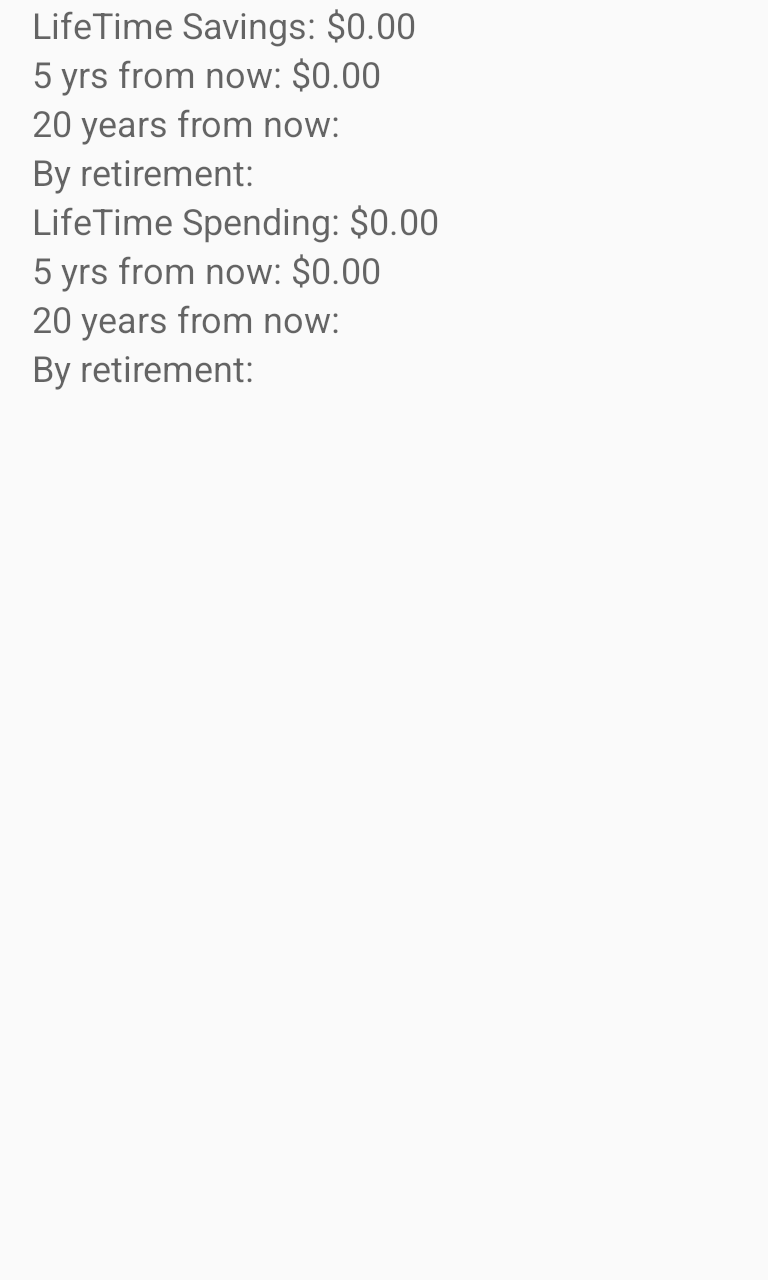
Repository: aallev11/saveit
Layout: ShouldISaveIt/res/layout/activity_lifetime_savings.xml
An editor plug-in stored every save of this project. The layout is shown before and after the next save, followed by the edit.
It is drawn on a 768 x 1280 px phone screen (xhdpi) without system bars, with theme AppTheme; the app's code is not run.

Above is the layout before, as saved 2014-03-30 13:06:03.

### ShouldISaveIt/res/layout/activity_lifetime_savings.xml
<FrameLayout xmlns:android="http://schemas.android.com/apk/res/android"
    xmlns:tools="http://schemas.android.com/tools"
    android:id="@+id/container"
    android:layout_width="match_parent"
    android:layout_height="match_parent"
    tools:context="com.example.shouldisaveit.LifetimeSavings"
    tools:ignore="MergeRootFrame">


    <LinearLayout
        android:layout_width="fill_parent"
        android:layout_height="fill_parent"
        android:orientation="vertical"
        android:paddingLeft="16dp"
        android:paddingRight="16dp" >

        <LinearLayout
            android:layout_width="fill_parent"
            android:layout_height="wrap_content"
            android:orientation="horizontal" >

            <TextView
                android:layout_width="wrap_content"
                android:layout_height="wrap_content"
                android:text="LifeTime Savings: "
                android:textAppearance="?android:attr/textAppearanceMedium" />

            <TextView
                android:id="@+id/lifeTimeSavings"
                android:layout_width="wrap_content"
                android:layout_height="wrap_content"
                android:text="$0.00"
                android:textAppearance="?android:attr/textAppearanceMedium" />
        </LinearLayout>

        <LinearLayout
            android:layout_width="fill_parent"
            android:layout_height="wrap_content"
            android:orientation="horizontal" >

            <TextView
                android:layout_width="wrap_content"
                android:layout_height="wrap_content"
                android:text="5 yrs from now: "
                android:textAppearance="?android:attr/textAppearanceMedium" />

            <TextView
                android:id="@+id/fiveYrsLifetimeSavings"
                android:layout_width="wrap_content"
                android:layout_height="wrap_content"
                android:text="$0.00"
                android:textAppearance="?android:attr/textAppearanceMedium" />
        </LinearLayout>

        <LinearLayout
            android:layout_width="fill_parent"
            android:layout_height="wrap_content"
            android:orientation="horizontal" >

            <TextView
                android:layout_width="wrap_content"
                android:layout_height="wrap_content"
                android:text="20 years from now:   "
                android:textAppearance="?android:attr/textAppearanceMedium" />

            <TextView
                android:id="@+id/twentyYearsLifetimeSavings"
                android:layout_width="match_parent"
                android:layout_height="wrap_content"
                android:ems="10"
                android:width="40dp" >
            </TextView>
        </LinearLayout>

        <LinearLayout
            android:layout_width="fill_parent"
            android:layout_height="wrap_content"
            android:orientation="horizontal" >

            <TextView
                android:layout_width="wrap_content"
                android:layout_height="wrap_content"
                android:text="By retirement:  "
                android:textAppearance="?android:attr/textAppearanceMedium" />

            <TextView
                android:id="@+id/byRetirementLifetimeSavings"
                android:layout_width="match_parent"
                android:layout_height="wrap_content"
                android:ems="10"
                android:width="40dp" >
            </TextView>
        </LinearLayout>




                <LinearLayout
            android:layout_width="fill_parent"
            android:layout_height="wrap_content"
            android:orientation="horizontal" >

            <TextView
                android:layout_width="wrap_content"
                android:layout_height="wrap_content"
                android:text="LifeTime Spending: "
                android:textAppearance="?android:attr/textAppearanceMedium" />

            <TextView
                android:id="@+id/lifeTimeSpending"
                android:layout_width="wrap_content"
                android:layout_height="wrap_content"
                android:text="$0.00"
                android:textAppearance="?android:attr/textAppearanceMedium" />
        </LinearLayout>

        <LinearLayout
            android:layout_width="fill_parent"
            android:layout_height="wrap_content"
            android:orientation="horizontal" >

            <TextView
                android:layout_width="wrap_content"
                android:layout_height="wrap_content"
                android:text="5 yrs from now: "
                android:textAppearance="?android:attr/textAppearanceMedium" />

            <TextView
                android:id="@+id/fiveYrsLifetimeSpending"
                android:layout_width="wrap_content"
                android:layout_height="wrap_content"
                android:text="$0.00"
                android:textAppearance="?android:attr/textAppearanceMedium" />
        </LinearLayout>

        <LinearLayout
            android:layout_width="fill_parent"
            android:layout_height="wrap_content"
            android:orientation="horizontal" >

            <TextView
                android:layout_width="wrap_content"
                android:layout_height="wrap_content"
                android:text="20 years from now:   "
                android:textAppearance="?android:attr/textAppearanceMedium" />

            <TextView
                android:id="@+id/twentyYearsLifetimeSpending"
                android:layout_width="match_parent"
                android:layout_height="wrap_content"
                android:ems="10"
                android:width="40dp" >
            </TextView>
        </LinearLayout>

        <LinearLayout
            android:layout_width="fill_parent"
            android:layout_height="wrap_content"
            android:orientation="horizontal" >

            <TextView
                android:layout_width="wrap_content"
                android:layout_height="wrap_content"
                android:text="By retirement:  "
                android:textAppearance="?android:attr/textAppearanceMedium" />

            <TextView
                android:id="@+id/byRetirementLifetimeSpending"
                android:layout_width="match_parent"
                android:layout_height="wrap_content"
                android:ems="10"
                android:width="40dp" >
            </TextView>
        </LinearLayout>
    </LinearLayout>


    </FrameLayout>

Loaded but not shown: ShouldISaveIt/res/values/styles.xml (common file); ShouldISaveIt/res/values-v11/styles.xml (common file); ShouldISaveIt/res/values-v14/styles.xml (common file)

After the next save:
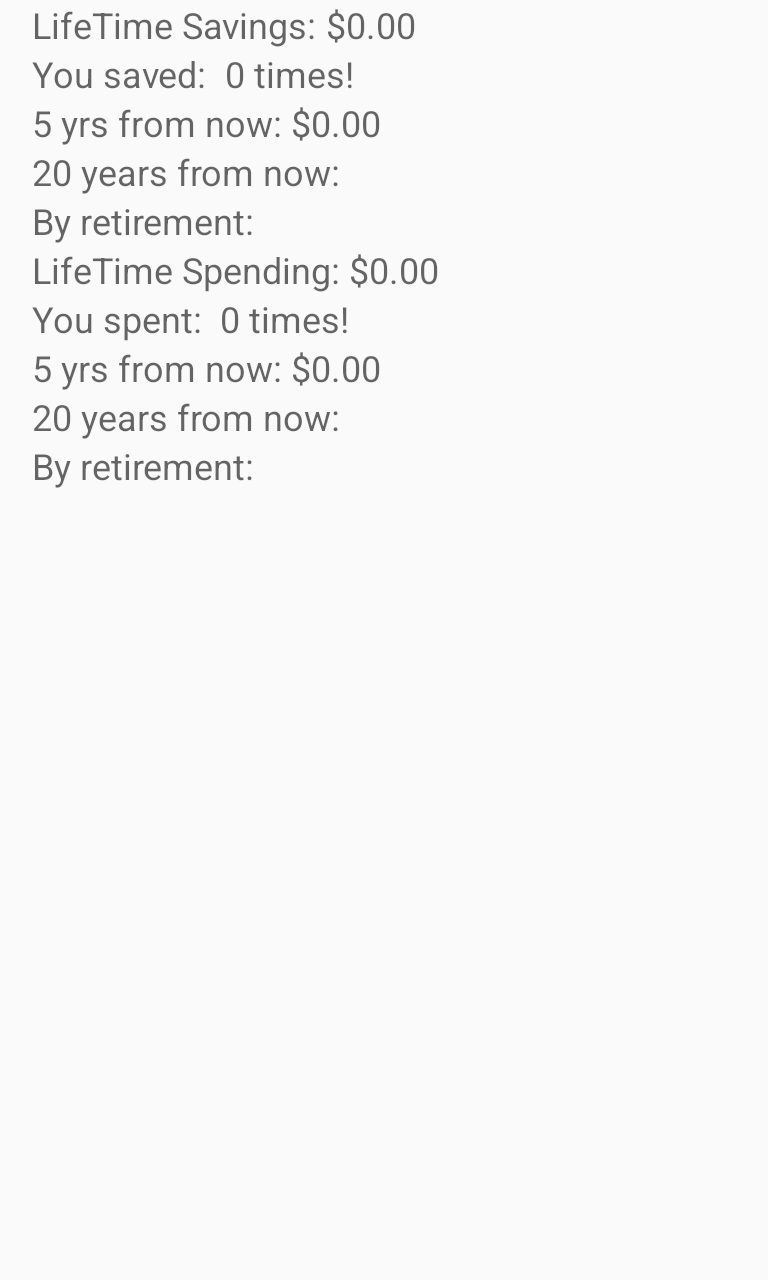
Saved 3 min 31 s later.
--- a/ShouldISaveIt/res/layout/activity_lifetime_savings.xml
+++ b/ShouldISaveIt/res/layout/activity_lifetime_savings.xml
@@ -4,8 +4,7 @@
     android:layout_width="match_parent"
     android:layout_height="match_parent"
     tools:context="com.example.shouldisaveit.LifetimeSavings"
-    tools:ignore="MergeRootFrame">
-
+    tools:ignore="MergeRootFrame" >
 
     <LinearLayout
         android:layout_width="fill_parent"
@@ -41,6 +40,25 @@
             <TextView
                 android:layout_width="wrap_content"
                 android:layout_height="wrap_content"
+                android:text="You saved:  "
+                android:textAppearance="?android:attr/textAppearanceMedium" />
+
+            <TextView
+                android:id="@+id/counterLifetimeSaving"
+                android:layout_width="wrap_content"
+                android:layout_height="wrap_content"
+                android:text="0 times!"
+                android:textAppearance="?android:attr/textAppearanceMedium" />
+        </LinearLayout>
+
+        <LinearLayout
+            android:layout_width="fill_parent"
+            android:layout_height="wrap_content"
+            android:orientation="horizontal" >
+
+            <TextView
+                android:layout_width="wrap_content"
+                android:layout_height="wrap_content"
                 android:text="5 yrs from now: "
                 android:textAppearance="?android:attr/textAppearanceMedium" />
 
@@ -92,10 +110,7 @@
             </TextView>
         </LinearLayout>
 
-
-
-
-                <LinearLayout
+        <LinearLayout
             android:layout_width="fill_parent"
             android:layout_height="wrap_content"
             android:orientation="horizontal" >
@@ -122,6 +137,25 @@
             <TextView
                 android:layout_width="wrap_content"
                 android:layout_height="wrap_content"
+                android:text="You spent:  "
+                android:textAppearance="?android:attr/textAppearanceMedium" />
+
+            <TextView
+                android:id="@+id/counterLifetimeSpending"
+                android:layout_width="wrap_content"
+                android:layout_height="wrap_content"
+                android:text="0 times!"
+                android:textAppearance="?android:attr/textAppearanceMedium" />
+        </LinearLayout>
+
+        <LinearLayout
+            android:layout_width="fill_parent"
+            android:layout_height="wrap_content"
+            android:orientation="horizontal" >
+
+            <TextView
+                android:layout_width="wrap_content"
+                android:layout_height="wrap_content"
                 android:text="5 yrs from now: "
                 android:textAppearance="?android:attr/textAppearanceMedium" />
 
@@ -174,5 +208,4 @@
         </LinearLayout>
     </LinearLayout>
 
-
-    </FrameLayout>
+</FrameLayout>
